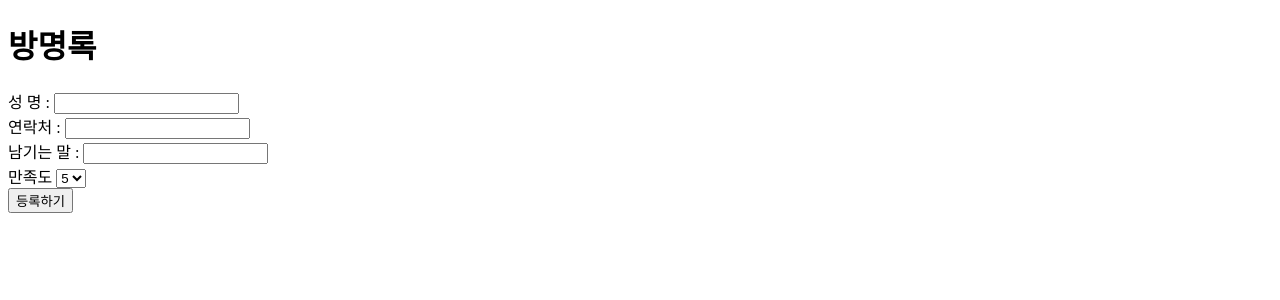
Repository: HyeongChank/P2VisitorCount
Page: http://localhost/P2VisitorCounter/Counter/Login.jsp
An editor plug-in stored every save of this project. The page is shown before and after the next save, followed by the edit.
The browser window is 1280 px wide. The pictures show the whole page.
The page is served by Tomcat 9. Other server files are loaded and not shown. The template is opened directly, without the code that normally fills it, so the values that code supplies are empty.

Above is the page before, as saved 2023-03-31 09:14:29.
Console error: SyntaxError: Unexpected end of input

### P2VisitorCounter/src/main/webapp/Counter/Login.jsp
<%@ page language="java" contentType="text/html; charset=UTF-8"
    pageEncoding="UTF-8"%>
<!DOCTYPE html>
<html>
<head>
<meta charset="UTF-8">

<title>Insert title here</title>
</head>
<script>
function validateForm(form){
	if(!form.name.value){
		alert("이름을 입력하세요.");
		return false;
	}
	if(!form.tel.value){
		alert("연락처를 입력하세요.");
		return false;
	}

</script>

<body>
 	<h1>방명록</h1>
 	<form name = "login" method = "get" action = "../Counterj/visitor.do" enctype = "multipart/form-data">
		성 명 : <input type = "text" name = "name"/><br/>
		연락처 : <input type = "tel" name = "tel"/><br/>
		남기는 말 : <input type = "text" name = "ment"/><br/>
		<label for= "score">만족도</label>
		<select name = "score-m" id = "score">
			<option value = "5">5</option>
			<option value = "5">4</option>
			<option value = "5">3</option>
			<option value = "5">2</option>
			<option value = "5">1</option>
		</select><br/>
		<button type = "submit">등록하기</button>
	</form>
	<h2>${num }</h2>


</body>
</html>

After the next save:
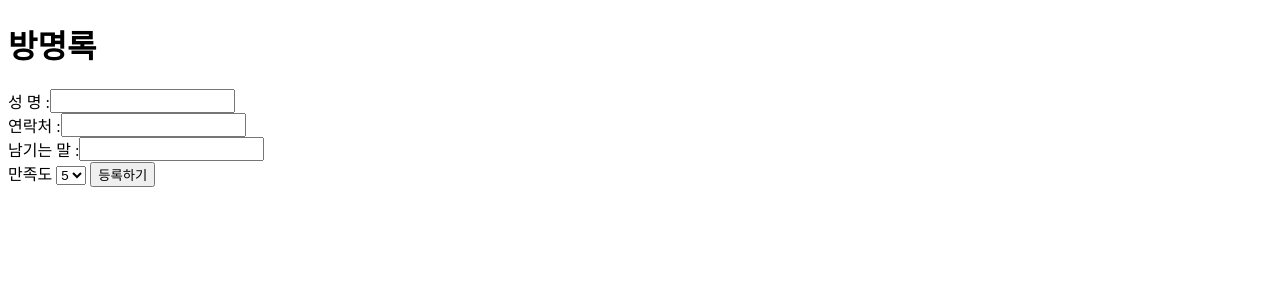
Saved 2 days later.
--- a/P2VisitorCounter/src/main/webapp/Counter/Login.jsp
+++ b/P2VisitorCounter/src/main/webapp/Counter/Login.jsp
@@ -4,7 +4,12 @@
 <html>
 <head>
 <meta charset="UTF-8">
-
+<style>
+	div{
+		display : flex;
+		width : 80%;
+	}
+</style>
 <title>Insert title here</title>
 </head>
 <script>
@@ -23,17 +28,17 @@ function validateForm(form){
 <body>
  	<h1>방명록</h1>
  	<form name = "login" method = "get" action = "../Counterj/visitor.do" enctype = "multipart/form-data">
-		성 명 : <input type = "text" name = "name"/><br/>
-		연락처 : <input type = "tel" name = "tel"/><br/>
-		남기는 말 : <input type = "text" name = "ment"/><br/>
+		<div>성 명 : <input type = "text" name = "name"/></div>
+		<div>연락처 : <input type = "tel" name = "tel"/></div>
+		<div>남기는 말 : <input type = "text" name = "ment"/></div>
 		<label for= "score">만족도</label>
-		<select name = "score-m" id = "score">
-			<option value = "5">5</option>
-			<option value = "5">4</option>
-			<option value = "5">3</option>
-			<option value = "5">2</option>
-			<option value = "5">1</option>
-		</select><br/>
+			<select name = "score-m" id = "score">
+				<option value = "5">5</option>
+				<option value = "5">4</option>
+				<option value = "5">3</option>
+				<option value = "5">2</option>
+				<option value = "5">1</option>
+			</select>
 		<button type = "submit">등록하기</button>
 	</form>
 	<h2>${num }</h2>
